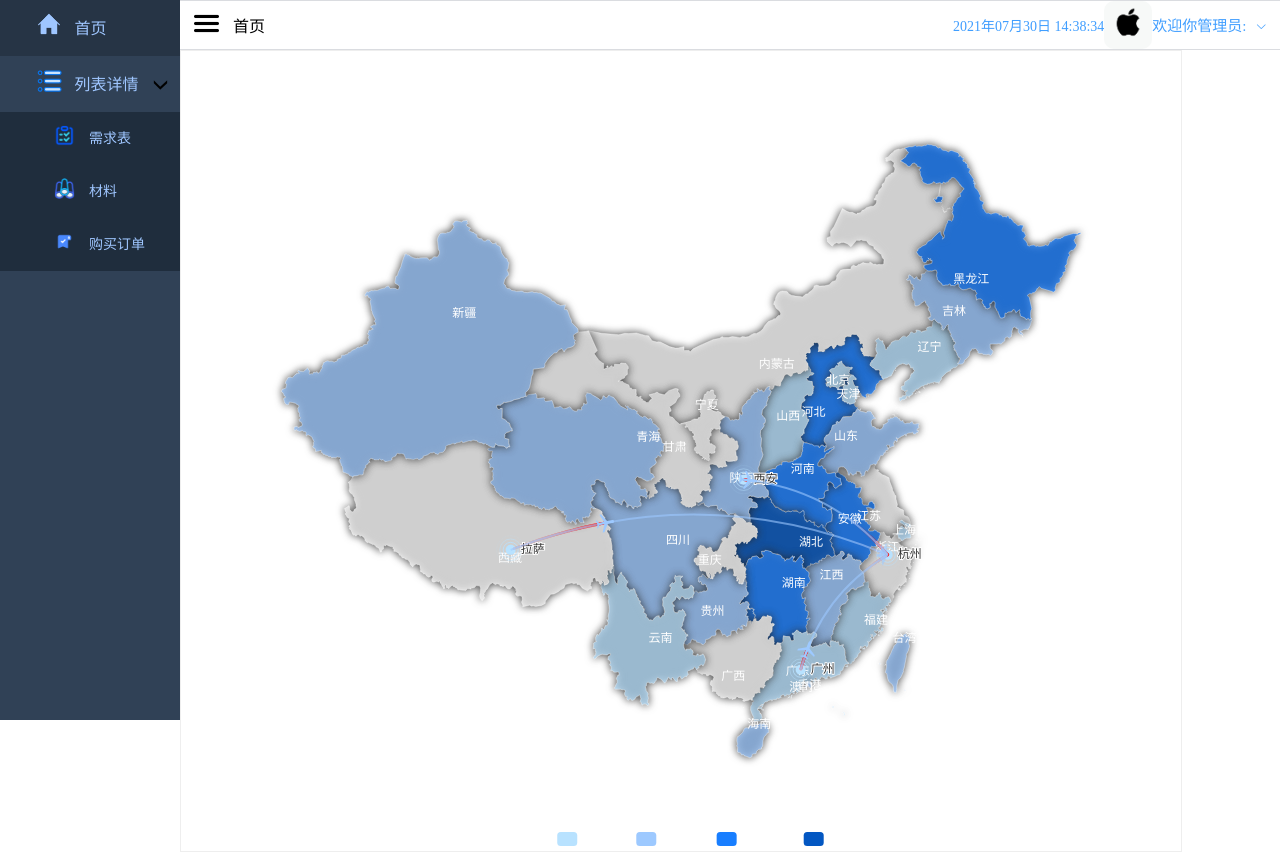
Repository: 572031690/fwwb-proj
Page: /#/home
The author's editor kept a copy of each file at every save. The page is drawn from the files as they stood at one save, then again after the next save.
The browser window is 1280 px wide. The pictures show the whole page.
The project was rebuilt for these pictures with package versions that can differ from the ones it lists, and the page was loaded fresh each time. Also part of the build but not shown: vue.config.js, src/unusercom/EditData.vue, src/components/Adddata.vue, src/view/home/User.vue, src/components/Drawer.vue, src/view/home/Body.vue, src/view/home/Item.vue, src/view/home/Buy.vue and 3 more.

Above is the page before, as saved 2021-08-13 12:47:34.

### public/index.html
<!DOCTYPE html>
<html lang="">
  <head>
    <meta charset="utf-8">
    <meta http-equiv="X-UA-Compatible" content="IE=edge">
    <meta name="viewport" content="width=device-width,initial-scale=1.0">
    <link rel="icon" href="<%= BASE_URL %>favicon.ico">
    <title><%= htmlWebpackPlugin.options.title %></title>
    <!-- 配置jquery -->
    <!-- <script src="http://ajax.googleapis.com/ajax/libs/jquery/1.8.0/jquery.min.js"></script> -->
     <!-- 百度的适口 -->
     <meta name="viewport" content="width=device-width,minimum-scale=1.0,maximum-scale=1.0,user-scalable=no">
     <!-- 搜索框 -->
     <meta http-equiv="X-UA-Compatible" content="IE=edge">
    <meta name="viewport" content="width=device-width, initial-scale=1.0">
    <link href="http://cdn.bootcss.com/font-awesome/4.7.0/css/font-awesome.min.css" rel="stylesheet">
  </head>
  <body>
    <noscript>
      <strong>We're sorry but <%= htmlWebpackPlugin.options.title %> doesn't work properly without JavaScript enabled. Please enable it to continue.</strong>
    </noscript>
    <div id="app"></div>
    <!-- built files will be auto injected -->
  </body>
</html>

### src/App.vue
<template>
  <div id="app" >
	  		<!-- <v-login></v-login> -->
			<router-view ></router-view>
	</div>
</template>

<script>

export default {
  data () {
    	return {

    	}
  	},
  	methods: {

  	},
  components: {
  },
  mounted () {
    this.$router.push({ path: 'login' }) // 页面跳转
  }
}

</script>

<style>

</style>

### src/assets/CSS/basic.css
a {
        text-decoration: none;
}

* {
        padding: 0;
        margin: 0;
}

html, body {
        height: 100%;
}

### src/view/home/HomeWel.vue
<template>
  <div>
    <!-- <div class="welcomehome" ref="welcomehome">
                欢迎管理员回来！
        </div> -->
    <div
      ref="map_ref"
      style="width: 1000px;height:800px;background-color:white;border: 1px solid #eee;"
    ></div>
  </div>
</template>
<script>
export default {
  data() {
    return {
      mapData: {}, // 所获取的省份地图矢量数据缓存
      chartInstance: null
    };
  },
  mounted() {
    this.getMap();
  },
  methods: {
    async getMap() {
      var airData = [
        { name: "北京", value: 39.92, count: 35 },
        { name: "天津", value: 39.13, count: 35 },
        { name: "上海", value: 31.22, count: 35 },
        { name: "重庆", value: 0, count: 35 },
        { name: "河北", value: 147, count: 35 },
        { name: "河南", value: 113, count: 35 },
        { name: "云南", value: 25.04, count: 35 },
        { name: "辽宁", value: 50, count: 35 },
        { name: "黑龙江", value: 114, count: 35 },
        { name: "湖南", value: 175, count: 35 },
        { name: "安徽", value: 117, count: 35 },
        { name: "山东", value: 92, count: 35 },
        { name: "新疆", value: 84, count: 35 },
        { name: "江苏", value: 0, count: 35 },
        { name: "浙江", value: 0, count: 35 },
        { name: "江西", value: 96, count: 35 },
        { name: "湖北", value: 273, count: 35 },
        { name: "广西", value: 0, count: 35 },
        { name: "甘肃", value: 0, count: 35 },
        { name: "山西", value: 39, count: 35 },
        { name: "内蒙古", value: 0, count: 35 },
        { name: "陕西", value: 61, count: 35 },
        { name: "吉林", value: 51, count: 35 },
        { name: "福建", value: 29, count: 35 },
        { name: "贵州", value: 71, count: 35 },
        { name: "广东", value: 38, count: 35 },
        { name: "青海", value: 57, count: 35 },
        { name: "西藏", value: 0, count: 35 },
        { name: "四川", value: 58, count: 35 },
        { name: "宁夏", value: 0, count: 35 },
        { name: "海南", value: 54, count: 35 },
        { name: "台湾", value: 88, count: 35 },
        { name: "香港", value: 66, count: 35 },
        { name: "澳门", value: 77, count: 35 },
        { name: "南海诸岛", value: 0, count: 35 }
      ];
      var labelFormatter = [
        { name: "杭州", matter: "公司总部：杭州钢材科技公司" },
        { name: "拉萨", matter: "钢材公司1" },
        { name: "广州", matter: "钢材公司2" },
        { name: "西安", matter: "钢材公司3" }
      ];

      var lineSc = [
        {
          coords: [
            [91.1865, 30.1465],
            [120.213042, 29.86119]
          ],
          fromName: "拉萨",
          toName: "杭州",
          value: 100
        },
        {
          coords: [
            [113.5107, 23.2196],
            [120.213042, 29.86119]
          ],
          fromName: "广州",
          toName: "杭州",
          value: 100
        },
        {
          coords: [
            [109.1162, 34.2004],
            [120.213042, 29.86119]
          ],
          fromName: "西安",
          toName: "杭州",
          value: 100
        }
      ];
      var planePath =
        "path://M1705.06,1318.313v-89.254l-319.9-221.799l0.073-208.063c0.521-84.662-26.629-121.796-63.961-121.491c-37.332-0.305-64.482,36.829-63.961,121.491l0.073,208.063l-319.9,221.799v89.254l330.343-157.288l12.238,241.308l-134.449,92.931l0.531,42.034l175.125-42.917l175.125,42.917l0.531-42.034l-134.449-92.931l12.238-241.308L1705.06,1318.313z";
      // 基于准备好的dom，初始化echarts实例
      this.chartInstance = this.$echarts.init(this.$refs.map_ref, this.theme);
      const ret = await this.$ajax.get(
        "http://localhost:8080/static/map/china.json"
      ); // 获得地图数据
      this.$echarts.registerMap("chinaMap", ret.data); // 注册map数据
      // 绘制图表
      const setOption = {
        tooltip: {
          // 鼠标一上去的信息框
          trigger: "item"
        },
        geo: {
          type: "map",
          map: "chinaMap", // chinaMap需要和registerMap中的第一个参数保持一致
          roam: true, // 设置允许缩放以及拖动的效果
          label: {
            show: true, // 展示标签
            textStyle: {
              fontSize: 12,
              textWeight: 900,
              color: "white"
            }
          },
          itemStyle: {
            normal: {
              areaColor: "#416cbb", // 地图区域的颜色。
              borderColor: "#fff", // 图形的描边颜色。支持的颜色格式同 color，不支持回调函数。
              shadowColor: "black", // 阴影颜色。#41587f
              shadowBlur: 8, // 图形阴影的模糊大小。
              opacity: 0.75 // 图形透明度
            },
            emphasis: {
              areaColor: "#fdd145"
            }
          }
        },
        series: [
          {
            // 地图数据
            data: airData,
            geoIndex: 0, // 将空气质量的数据和第0个geo配置关联在一起
            type: "map",
            tooltip: {
              textStyle: {
                fontSize: 10
              },
              // 利用formatter来自定义tooltip展示的数据
              formatter: function(params, ticket, callback) {
                if (params.value) {
                  return (
                    params.name +
                    "<br/>成交量：" +
                    params.value +
                    "单<br/>" +
                    "平均标签价格：" +
                    airData[params.dataIndex].count +
                    "元<br/>"
                  );
                } else {
                  callback();
                }
              }
            }
          },
          {
            // 动态红线
            name: " 杭州 Top3",
            type: "lines",
            zlevel: 1, // zlevel 大的 Canvas 会放在 zlevel 小的 Canvas 的上面。
            effect: {
              show: true,
              period: 4, // 动画的快慢
              trailLength: 0.7, // 红线的宽度
              color: "red", // arrow箭头的颜色
              symbolSize: 3 // 红线的宽度
            },
            lineStyle: {
              // color: 'red',
              width: 0,
              curveness: 0.2 // 弯曲度
            },
            data: lineSc
          },
          {
            // 箭头线
            name: " 杭州 Top3",
            type: "lines",
            zlevel: 2,
            symbol: ["none", "arrow"],
            symbolSize: 10, // 设置箭头的大小
            effect: {
              show: true,
              period: 4,
              trailLength: 0, // 红线的宽度 设置为零只显示飞机
              symbol: planePath,
              symbolSize: 18
            },
            lineStyle: {
              normal: {
                // color: 'black',
                width: 2,
                opacity: 0.6,
                curveness: 0.2
              }
            },
            data: lineSc,
            tooltip: {
              // 利用formatter来自定义tooltip展示的数据
              formatter: function(params, ticket, callback) {
                console.log(params);
                return (
                  params.data.fromName +
                  "采购：<br/> 木材：" +
                  params.data.value +
                  "万吨"
                );
              }
            }
          },
          {
            // 散点数据
            name: "杭州",
            data: [
              [120.213042, 29.86119],
              [91.1865, 30.1465],
              [113.5107, 23.2196],
              [109.1162, 34.2004]
            ], // 配置散点的坐标数据
            type: "effectScatter",
            coordinateSystem: "geo", // 指明散点使用的坐标系统  geo的坐标系统
            rippleEffect: {
              scale: 3, // 设置涟漪动画的缩放比例
              brushType: "stroke"
            },
            label: {
              normal: {
                show: true,
                position: "right",
                formatter: function(params, ticket, callback) {
                  return labelFormatter[params.dataIndex].name;
                }
              }
            },
            // itemStyle: {
            //   normal: {
            //     color: '#46bee9'
            //   },
            //   emphasis: {
            //     areaColor: "#2B91B7"
            //   }
            // },
            tooltip: {
              textStyle: {
                fontSize: 10
              },
              // 利用formatter来自定义tooltip展示的数据
              formatter: function(params, ticket, callback) {
                return labelFormatter[params.dataIndex].matter;
              }
            }
          }
        ],
        visualMap: {
          // 渐变分层显示
          // type: 'continuous',   // 连续渐变
          type: "piecewise", // 分层
          min: 0,
          max: 300,
          text: ["高", "低"], // 两端的文本，如 ['High', 'Low']
          showLabel: true, // 是否显示每项的文本标签
          orient: "horizontal", // 图例排列方向 水平horizontal 垂直vertical
          left: "center",
          // indicatorStyle: {
          //   borderColor:'red',
          //   borderWidth: 1,
          // },
          textStyle: {
            // 设置文字颜色（Demo左下组件）
            color: "white",
            fontSize: 12
          },
          // inRange: {
          //   color: ['#B8E2FF','#9DC9FF','#6CADFF','#187EFF', '#0357C2'] // 控制颜色渐变的范围
          // },

          pieces: [
            // 自定义『分段式视觉映射组件（visualMapPiecewise）』的每一段的范围，以及每一段的文字，以及每一段的特别的样式
            { gt: 200, lte: 300, label: "200~300", color: "#0357C2" }, // (500, 900]
            { gt: 100, lte: 200, label: "100~200", color: "#187EFF" }, // (310, 500]
            { gt: 50, lte: 100, label: "50~100", color: "#9DC9FF" }, // (200, 300]
            { gt: 0, lte: 50, label: "0~50人", color: "#B8E2FF" }, // (10, 200]
            { value: 0, label: "无数据", color: "#fff" } // [0]
          ]

          // calculable: true // 出现滑块
        }
      };
      this.chartInstance.setOption(setOption);
    }
  }
};
</script>
<style scoped>
.welcomehome {
  line-height: 500px;
  text-align: center;
  font-size: 80px;
  color: #409eff;
}
</style>

### src/components/login.vue
<template lang="">
    <div>

    </div>
</template>
<script>
export default {
  data () {
    return {

    }
  },
  mounted () {
    this.$router.push({ path: 'homewel' }) // 页面跳转
  }
}
</script>

Loaded but not shown: src/plugins/element.js (common file); public/static/map/china.json (common file); src/router/index.js (63 lines, source omitted); src/assets/data/homeRouter.js (72 lines, source omitted); src/main.js (21 lines, source omitted); src/store/index.js (26 lines, source omitted); src/view/Login.vue (731 lines, source omitted); src/view/Home.vue (496 lines, source omitted)

After the next save:
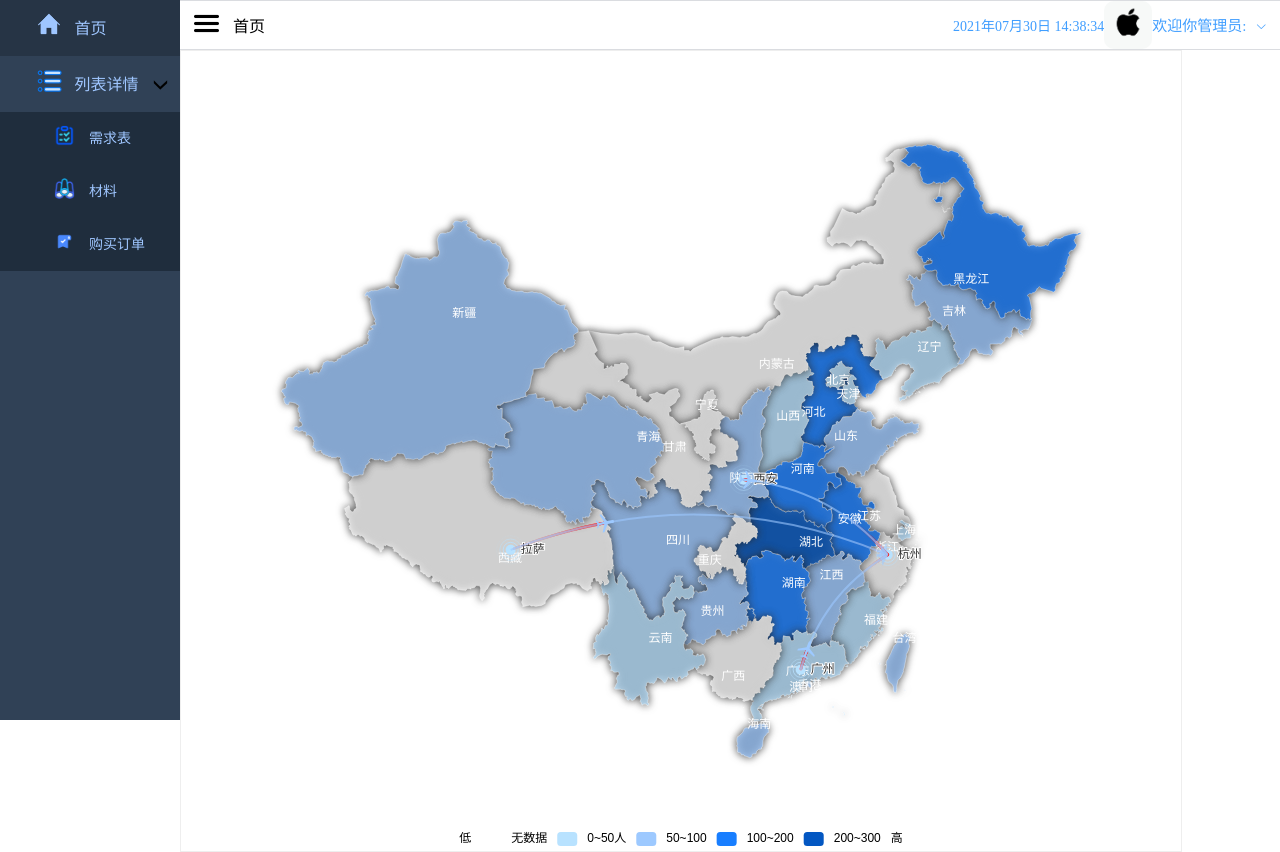
Saved 64 s later.
--- a/src/view/home/HomeWel.vue
+++ b/src/view/home/HomeWel.vue
@@ -241,14 +241,6 @@ export default {
                 }
               }
             },
-            // itemStyle: {
-            //   normal: {
-            //     color: '#46bee9'
-            //   },
-            //   emphasis: {
-            //     areaColor: "#2B91B7"
-            //   }
-            // },
             tooltip: {
               textStyle: {
                 fontSize: 10
@@ -261,8 +253,6 @@ export default {
           }
         ],
         visualMap: {
-          // 渐变分层显示
-          // type: 'continuous',   // 连续渐变
           type: "piecewise", // 分层
           min: 0,
           max: 300,
@@ -270,19 +260,11 @@ export default {
           showLabel: true, // 是否显示每项的文本标签
           orient: "horizontal", // 图例排列方向 水平horizontal 垂直vertical
           left: "center",
-          // indicatorStyle: {
-          //   borderColor:'red',
-          //   borderWidth: 1,
-          // },
           textStyle: {
             // 设置文字颜色（Demo左下组件）
-            color: "white",
+            color: "black",
             fontSize: 12
           },
-          // inRange: {
-          //   color: ['#B8E2FF','#9DC9FF','#6CADFF','#187EFF', '#0357C2'] // 控制颜色渐变的范围
-          // },
-
           pieces: [
             // 自定义『分段式视觉映射组件（visualMapPiecewise）』的每一段的范围，以及每一段的文字，以及每一段的特别的样式
             { gt: 200, lte: 300, label: "200~300", color: "#0357C2" }, // (500, 900]
